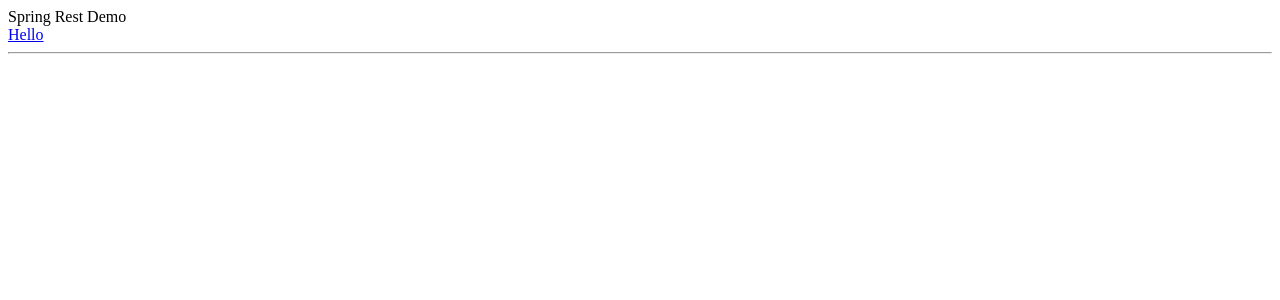
Repository: jibujacob/JavaFrameworks
Page: http://localhost/spring-rest-demo/
An editor plug-in stored every save of this project. The page is shown before and after the next save, followed by the edit.
The browser window is 1280 px wide. The pictures show the whole page.
The page is served by Tomcat 9.

Above is the page before, as saved 2021-09-01 10:11:28.

After the next save:
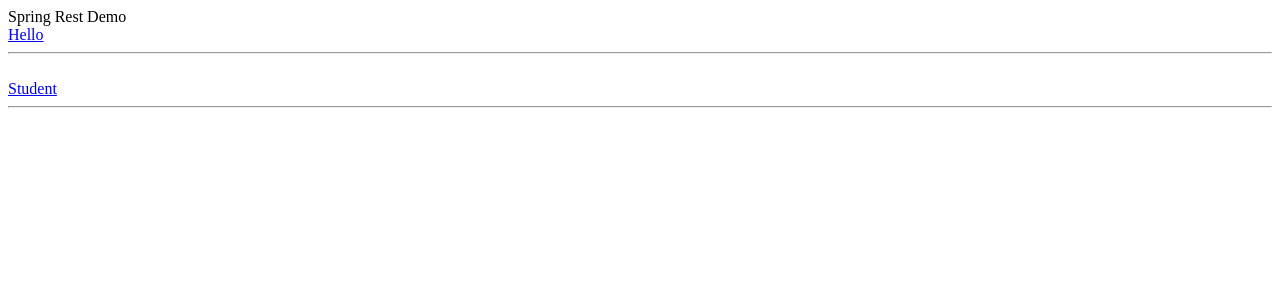
Saved 32 s later.
--- a/spring-rest-demo/src/main/webapp/index.jsp
+++ b/spring-rest-demo/src/main/webapp/index.jsp
@@ -11,6 +11,9 @@
 	<br>
 	<a href="test/hello">Hello</a>
 	<hr>
+	<br>
+	<a href="api/student">Student</a>
+	<hr>
 
 </body>
 </html>
